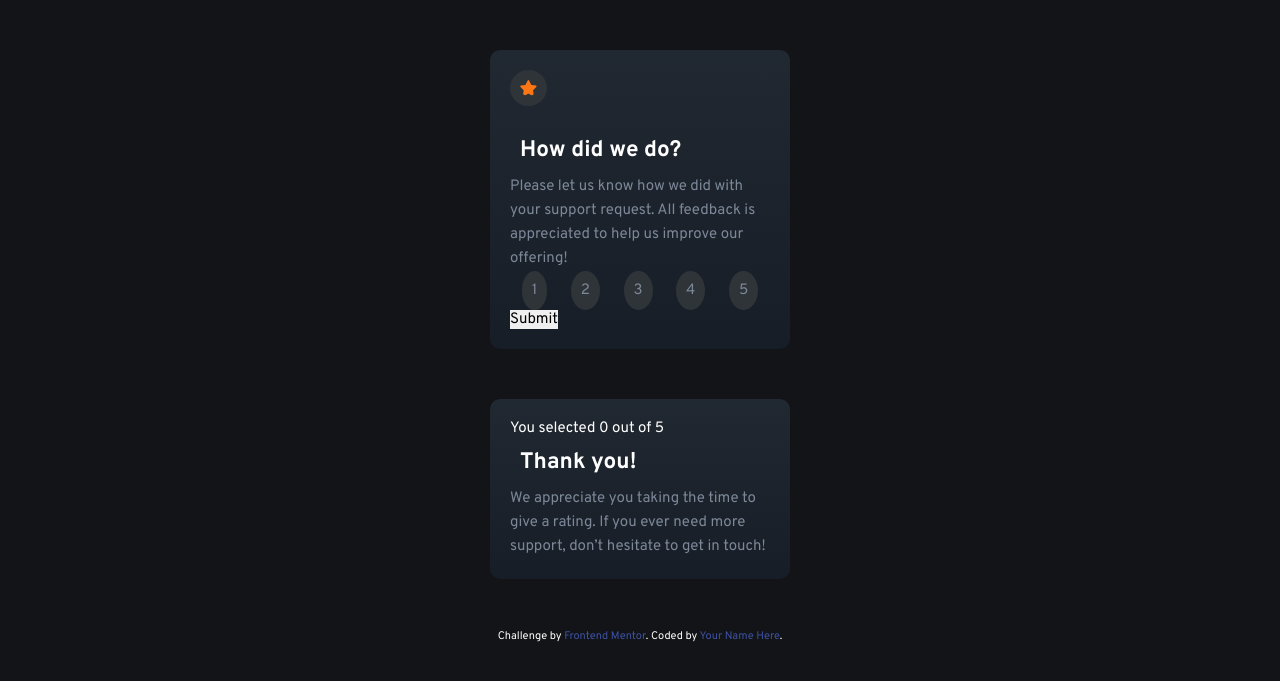
Repository: huynhnhutanhduy/interactive-rating-component
Page: index.html
An editor plug-in stored every save of this project. The page is shown before and after the next save, followed by the edit.
The browser window is 1280 px wide. The pictures show the whole page.

Above is the page before, as saved 2022-10-19 10:19:40.

### index.html
<!DOCTYPE html>
<html lang="en">
  <head>
    <meta charset="UTF-8" />
    <meta name="viewport" content="width=device-width, initial-scale=1.0" />
    <!-- displays site properly based on user's device -->
    <link rel="icon" type="image/png" sizes="32x32" href="./images/favicon-32x32.png" />
    <title>Frontend Mentor | Interactive rating component</title>
    <link rel="preconnect" href="https://fonts.googleapis.com" />
    <link rel="preconnect" href="https://fonts.gstatic.com" crossorigin />
    <link
      href="https://fonts.googleapis.com/css2?family=Overpass:wght@400;700&display=swap"
      rel="stylesheet"
    />
    <link rel="stylesheet" href="./app.css" />
  </head>
  <body>
    <main>
      <!-- Rating state start -->
      <article class="rating-container">
        <img src="./images/icon-star.svg" alt="icon-star" class="rating-star" />
        <h2 class="rating-title">How did we do?</h2>
        <p class="rating-desc">
          Please let us know how we did with your support request. All feedback is appreciated
          to help us improve our offering!
        </p>
        <ul class="rating-list">
          <li><a href="#" class="rating-item">1</a></li>
          <li><a href="#" class="rating-item">2</a></li>
          <li><a href="#" class="rating-item">3</a></li>
          <li><a href="#" class="rating-item">4</a></li>
          <li><a href="#" class="rating-item">5</a></li>
        </ul>
        <button type="submit" class="rating-btn">Submit</button>
      </article>
      <!-- Rating state end -->

      <!-- Thank you state start -->
      <article class="rating-container">
        <p class="rating-result">You selected <span>0</span> out of 5</p>
        <!-- Add rating here -->
        <h2 class="rating-title">Thank you!</h2>
        <p class="rating-desc">
          We appreciate you taking the time to give a rating. If you ever need more support,
          don’t hesitate to get in touch!
        </p>
        <!-- Thank you state end -->
      </article>
    </main>

    <footer class="attribution">
      Challenge by
      <a href="https://www.frontendmentor.io?ref=challenge" target="_blank">Frontend Mentor</a
      >. Coded by <a href="#">Your Name Here</a>.
    </footer>

    <script src="./app.js"></script>
  </body>
</html>

### app.css
:root {
  --primary: hsl(25, 97%, 53%);
  --white: hsl(0, 0%, 100%);
  --light-grey: hsl(217, 12%, 63%);
  --medium-grey: hsl(216, 12%, 54%);
  --dark-blue: hsl(213, 19%, 18%);
  --very-dark-blue: hsl(216, 12%, 8%);
}
* {
  margin: 0;
  padding: 0;
  border: 0;
}
*,
*::before,
*::after,
html {
  box-sizing: border-box;
}
html {
  font-size: 62.5%;
}
body {
  font-size: 1.5rem;
  font-family: "Overpass", sans-serif;
  font-weight: normal;
  background-color: var(--very-dark-blue);
  color: var(--white);
}
a {
  text-decoration: none;
}
img {
  display: block;
  max-width: 100%;
}
button {
  outline: none;
  font-size: 1.5rem;
  font-family: "Overpass", sans-serif;
  font-weight: 400;
  cursor: pointer;
}

.attribution {
  font-size: 11px;
  text-align: center;
}
.attribution a {
  color: hsl(228, 45%, 44%);
}

.rating-container {
  max-width: 30rem;
  background-image: linear-gradient(to top, hsl(214, 26%, 12%), hsl(212, 20%, 16%));
  color: var(--white);
  padding: 2rem;
  border-radius: 1rem;
  margin: 5rem auto;
}
.rating-star {
  background-color: hsl(205, 10%, 20%);
  margin-bottom: 3rem;
  border-radius: 50%;
  padding: 1rem;
}
.rating-title {
  margin: 1rem;
}
.rating-desc,
.rating-item {
  color: var(--medium-grey);
}
.rating-desc {
  line-height: 1.6;
}
.rating-list {
  display: flex;
  justify-content: space-around;
}
.rating-list li {
  list-style: none;
  border-radius: 50%;
  padding: 1rem;
  background-color: hsl(205, 10%, 20%);
}

Loaded but not shown: app.js (no stored copy; drawn as an empty file)

After the next save:
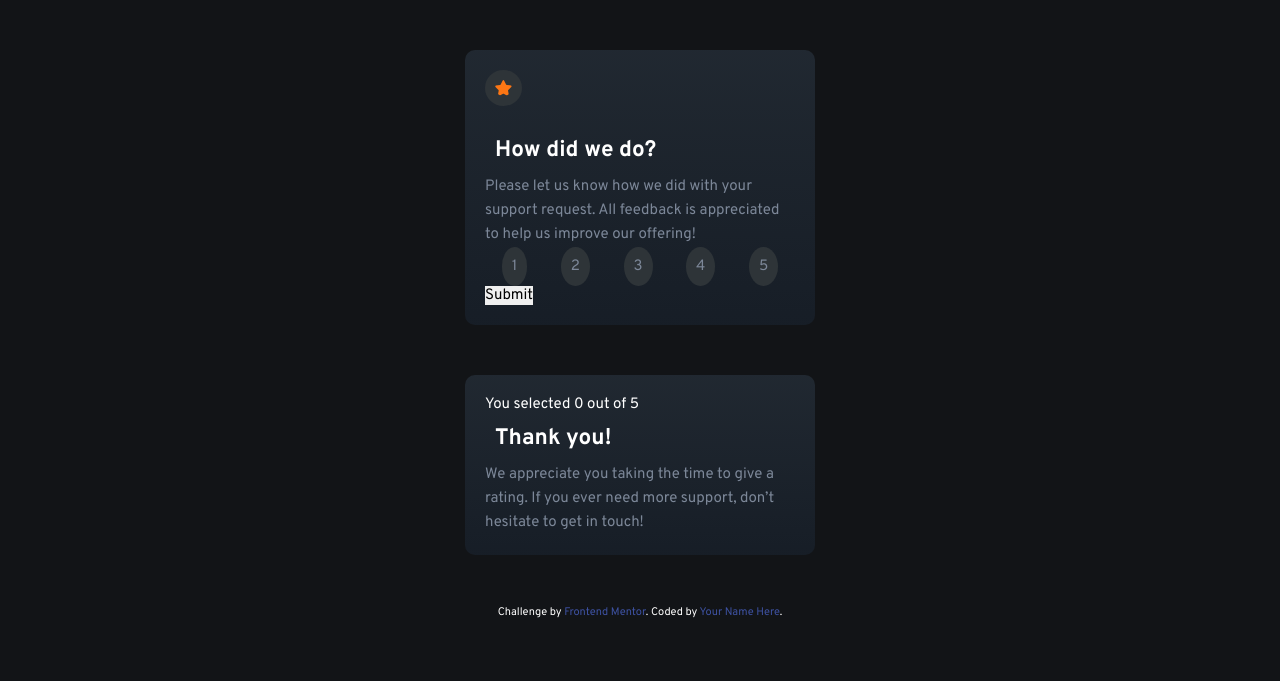
Saved 5 s later.
--- a/app.css
+++ b/app.css
@@ -51,7 +51,7 @@ button {
 }
 
 .rating-container {
-  max-width: 30rem;
+  max-width: 35rem;
   background-image: linear-gradient(to top, hsl(214, 26%, 12%), hsl(212, 20%, 16%));
   color: var(--white);
   padding: 2rem;
